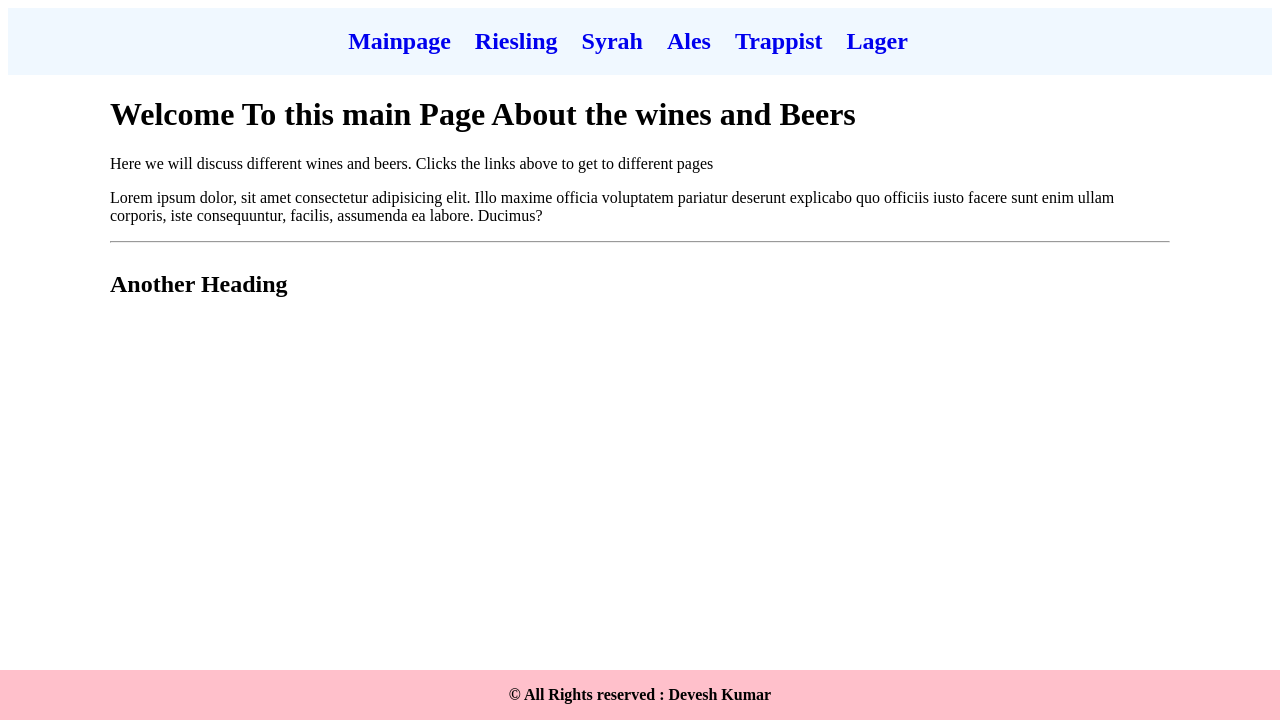
Repository: portretrieve/react-practice
Page: /
The author's editor kept a copy of each file at every save. The page is drawn from the files as they stood at one save, then again after the next save.
The browser window is 1280 px wide. The pictures show the whole page.
The project was rebuilt for these pictures with package versions that can differ from the ones it lists, and the page was loaded fresh each time. Also part of the build but not shown: src/wines/Riesling.js, src/wines/Syrah.js, src/beers/Ale.js, src/beers/Lager.js, src/beers/Trappist.js.

Above is the page before, as saved 2021-08-26 20:03:05.

After the next save:
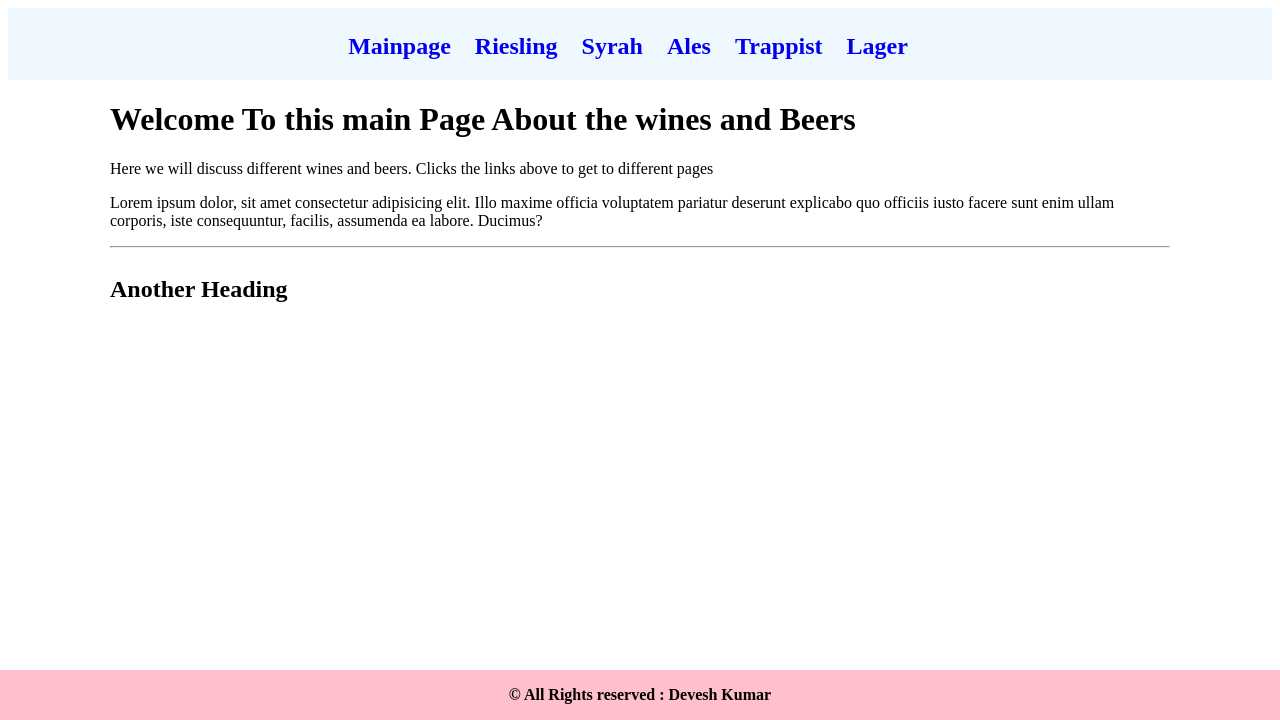
Saved 10 s later.
--- a/src/navigation/header.module.css
+++ b/src/navigation/header.module.css
@@ -6,6 +6,7 @@
 
 nav {
     margin-top: 0;
+    padding-top: 5px;
 }
 
 h2 {

After the save that followed:
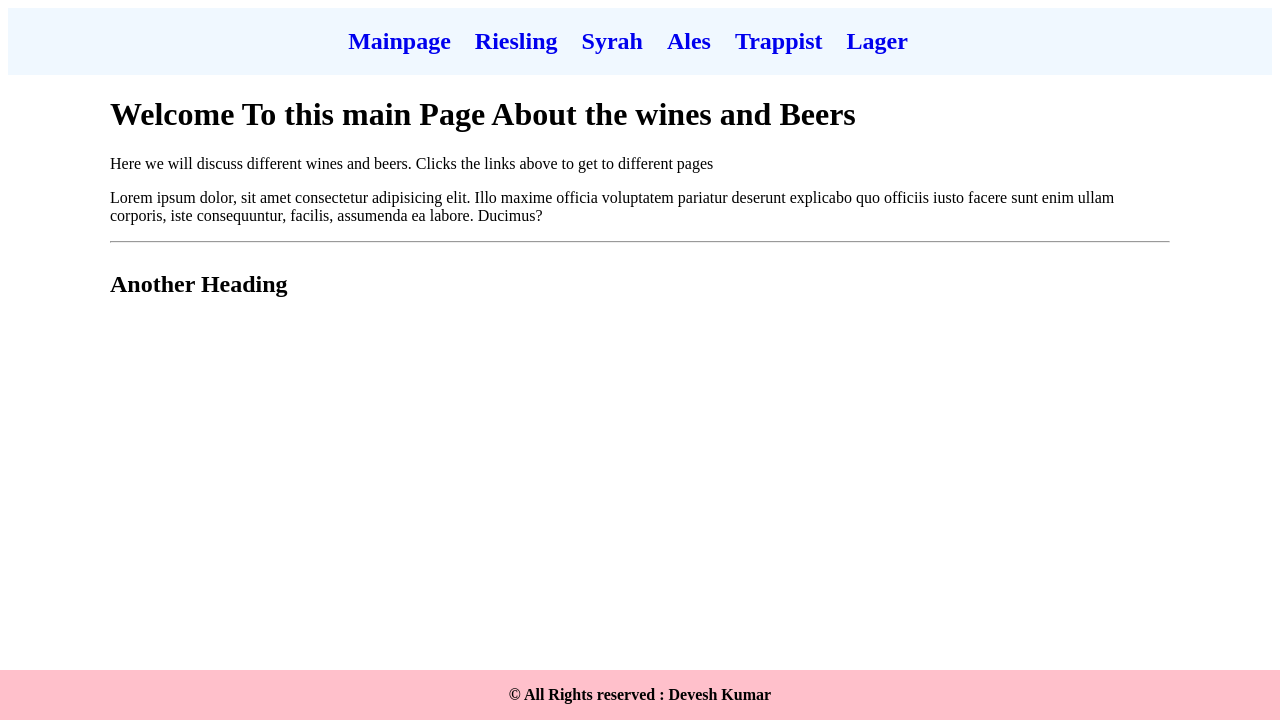
Saved 8 s later.
--- a/src/navigation/header.module.css
+++ b/src/navigation/header.module.css
@@ -6,7 +6,7 @@
 
 nav {
     margin-top: 0;
-    padding-top: 5px;
+    /* padding-top: 5px; */
 }
 
 h2 {
